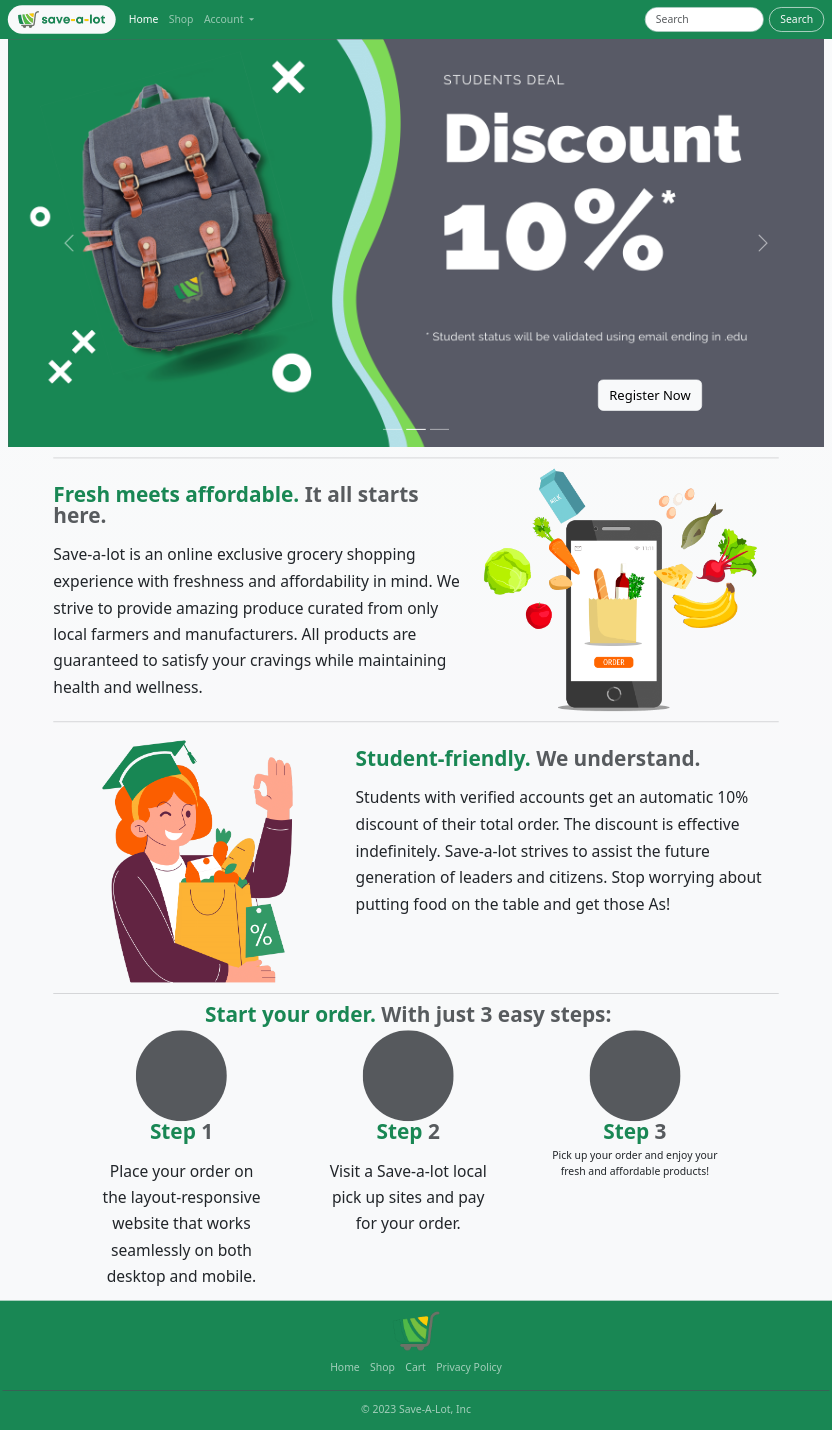
Repository: bill071194/savealot
Page: http://localhost/index
The author's editor kept a record of every edit. The page is drawn from the files as they stood at one moment, then again after the next edit.
The browser window is 1280 px wide. The pictures show the whole page, at 65% of full size.
The page is served by the project's Laravel application, run on PHP 8.4 with Laravel 10. The database holds what the project's SQL file puts in it.

Above is the page before.

After the next edit:
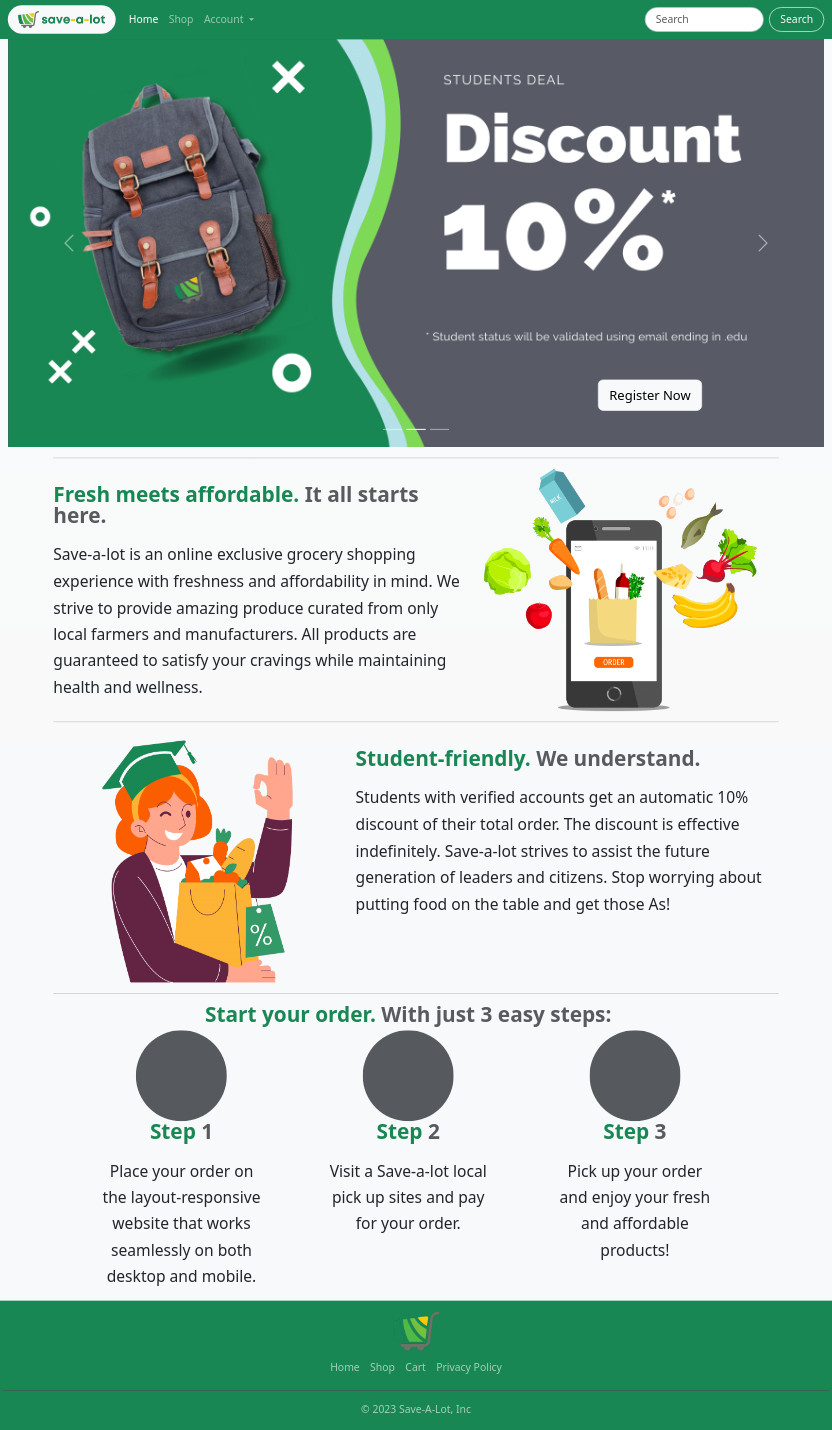
The edit:
--- a/savealot/resources/views/index.blade.php
+++ b/savealot/resources/views/index.blade.php
@@ -96,7 +96,7 @@
       <div class="col-lg-3 text-center">
         <svg class="bd-placeholder-img rounded-circle" width="140" height="140" xmlns="http://www.w3.org/2000/svg" role="img" aria-label="Placeholder" preserveAspectRatio="xMidYMid slice" focusable="false"><title>Placeholder</title><rect width="100%" height="100%" fill="var(--bs-secondary-color)"></rect></svg>
         <h2 class="featurette-heading fw-bold lh-1 text-success text-center">Step <span class="text-body-secondary">3</span></h2>
-        <p>Pick up your order and enjoy your fresh and affordable products!</p>
+        <p class="lead">Pick up your order and enjoy your fresh and affordable products!</p>
       </div><!-- /.col-lg-4 -->
     </div>
     <!-- END COLUMNS -->
